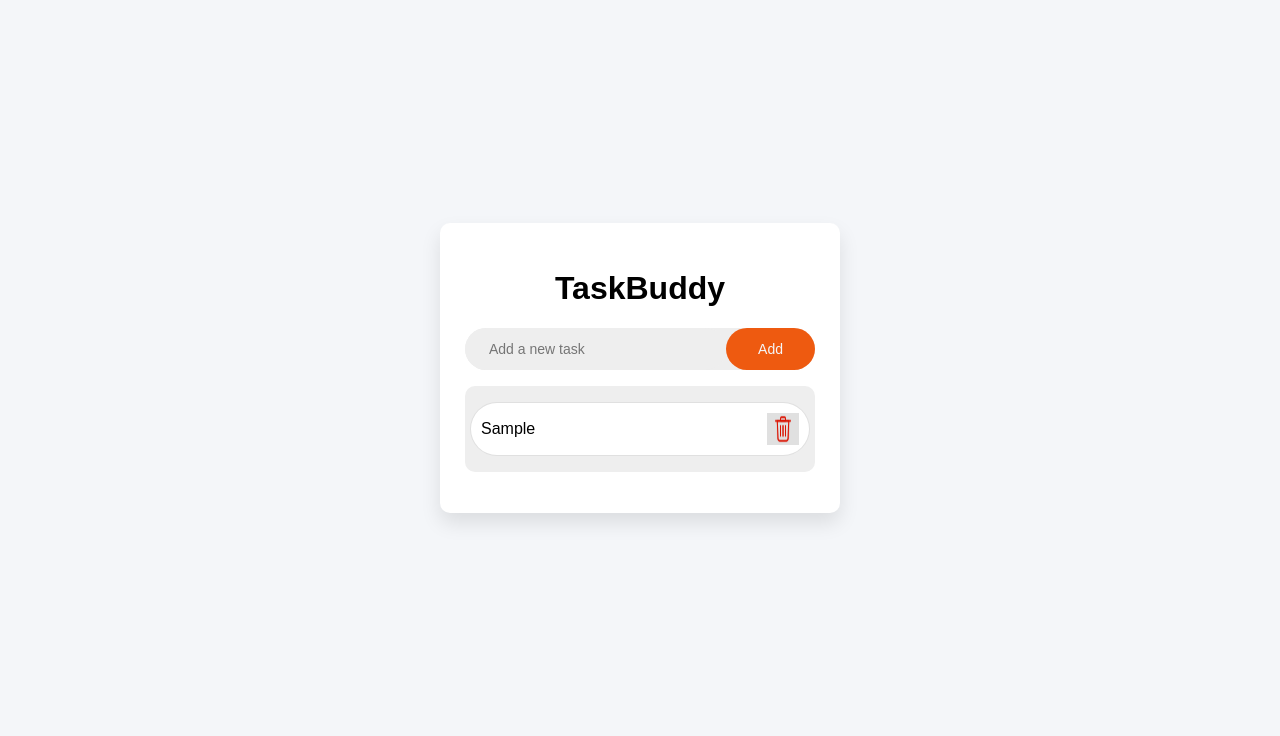
Repository: yogeshnandwani/taskbuddy-todo
Page: index.html
An editor plug-in stored every save of this project. The page is shown before and after the next save, followed by the edit.
The browser window is 1280 px wide. The pictures show the whole page.
Empty fields were first filled with sample values (such as "Sample", 5 or name@example.com).
After loading, the first visible `#addBtn` was clicked once.

Above is the page before, as saved 2026-03-16 18:20:37.

After the next save:
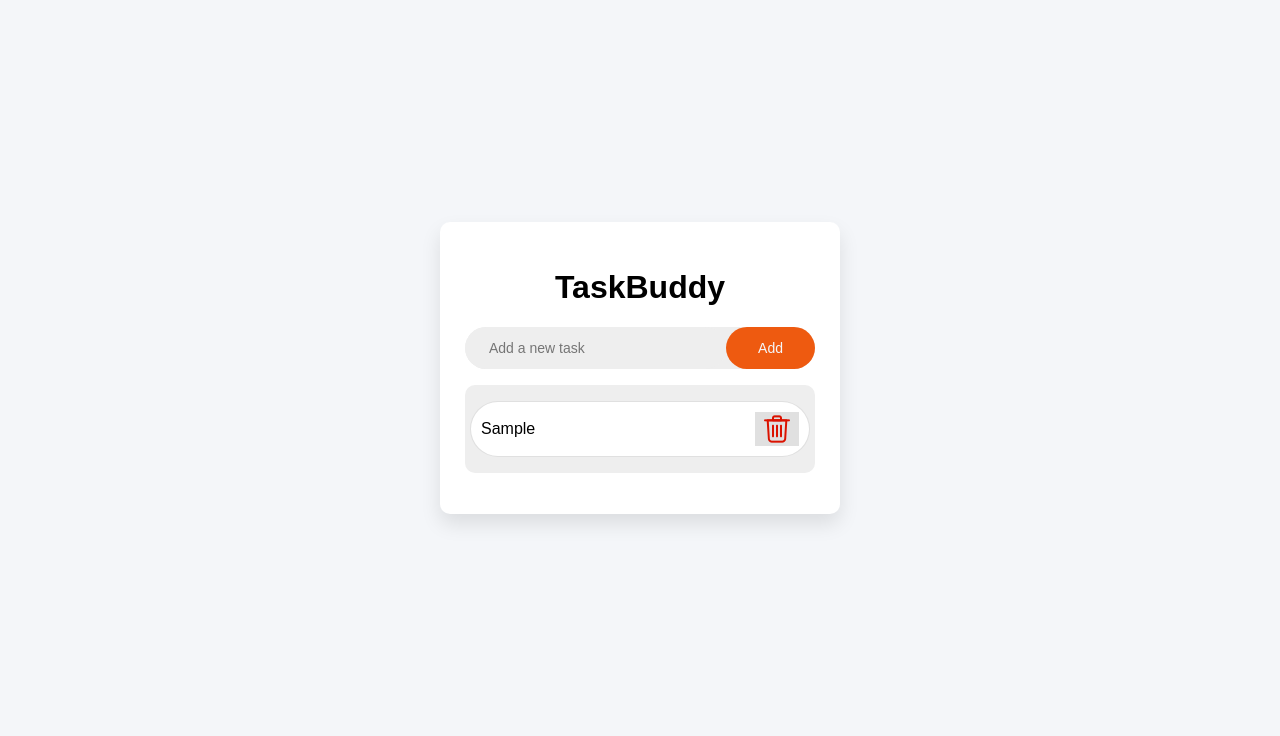
Saved 6 s later.
--- a/css/style.css
+++ b/css/style.css
@@ -74,8 +74,6 @@ li{
 }
 
 li .delete{
-    width: 2rem;
-    height: 2rem;
     border: none;
     background: #0000001f;
     display: flex;
